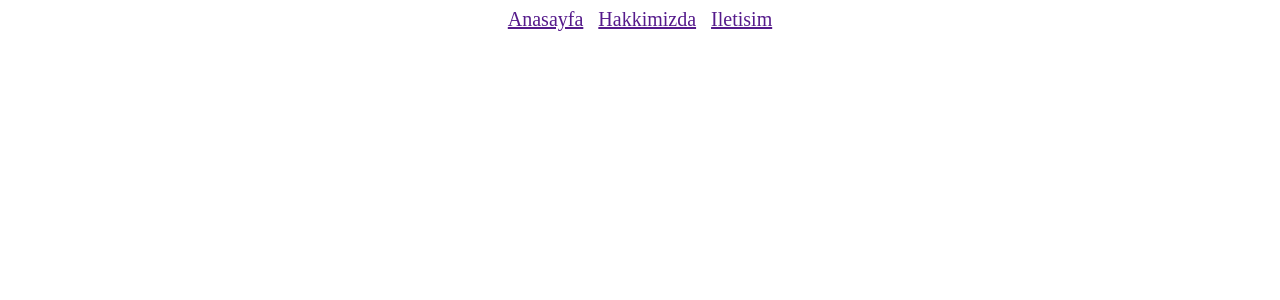
Repository: Kubraaygun/Html_Css_Login
Page: index.html
These files come from the project's save history. The page is drawn as it stood at one moment and after the next save; the edit follows.
The browser window is 1280 px wide. The pictures show the whole page.

Above is the page before, as saved 2025-03-04 20:50:40.

After the next save:
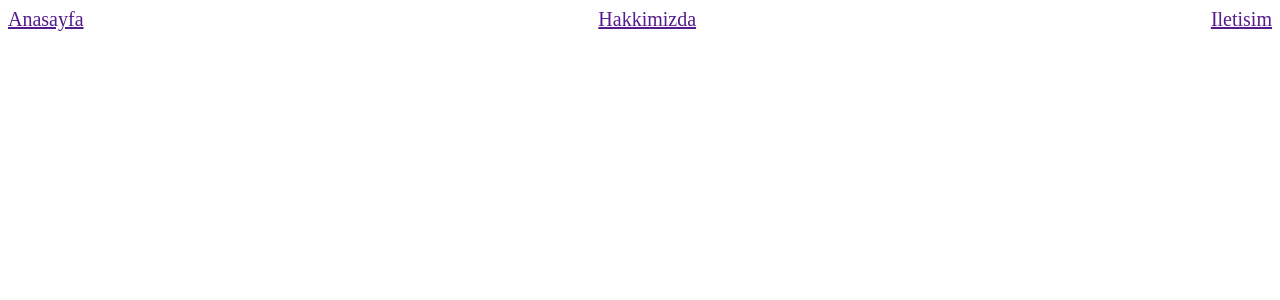
Saved 10 s later.
--- a/index.html
+++ b/index.html
@@ -9,7 +9,7 @@
   <body>
     <header>
       <div class="contain">
-        <div style="display: flex; justify-content: center; gap: 15px">
+        <div style="display: flex; justify-content: space-between; gap: 15px">
           <a href="">Anasayfa</a>
           <a href="">Hakkimizda</a>
           <a href="">Iletisim</a>
